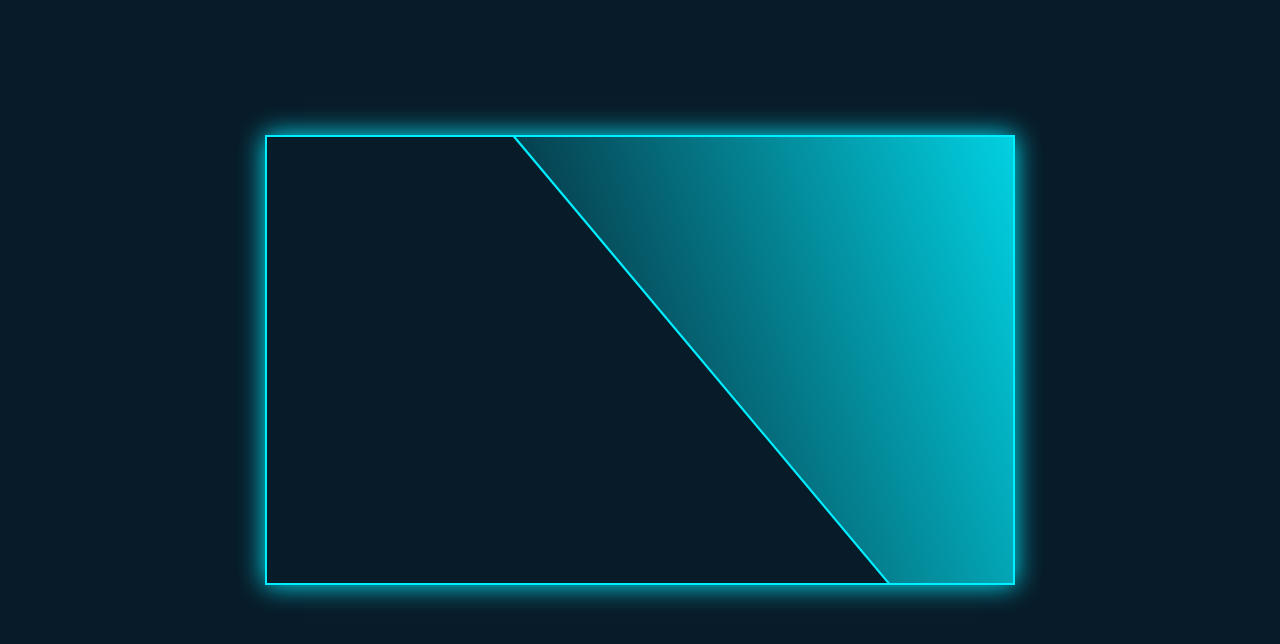
Repository: swastikjhacoder/Login-Registration-HTML
Page: index.html
An editor plug-in stored every save of this project. The page is shown before and after a run of saves, followed by the edit.
The browser window is 1280 px wide. The pictures show the whole page.

Above is the page before, as saved 2023-09-18 15:51:20.
Not found: js/toastify.js

### index.html
<!DOCTYPE html>
<html lang="en">
  <head>
    <meta charset="UTF-8" />
    <meta http-equiv="X-UA-Compatible" content="IE=edge" />
    <meta name="viewport" content="width=device-width, initial-scale=1.0" />
    <title>Login</title>
    <link rel="shortcut icon" href="./images/favicon.png" />
    <link rel="stylesheet" href="style.css" />
    <link href='https://unpkg.com/boxicons@2.1.4/css/boxicons.min.css' rel='stylesheet'>
    <script src="./js/toastify.js"></script>
  </head>
  <body>
    <div class="wrapper">
        <span class="bg-animate"></span>
        <div class="form-box login">
            <h2>Login</h2>
            <form action="#">
                <div class="input-box">
                    <input type="text" required/>
                    <label>Username</label>
                    <i class='bx bxs-user'></i>
                </div>
                <div class="input-box">
                    <input type="password" required/>
                    <label>Password</label>
                    <i class='bx bxs-lock-alt' ></i>
                </div>
                <button type="submit" class="btn">Login</button>
                <div class="logreg-link">
                    <p>Don't have an account? <a href="#" class="register-link">Sign Up</a></p>
                </div>
            </form>
        </div>
        <div class="info-text login">
            <h2>Welcome Back!</h2>
            <p>Lorem ipsum dolor sit amet consectetur adipisicing elit. Veritatis, itaque.</p>
        </div>
    </div>

  </body>
</html>

### style.css
@import url('https://fonts.googleapis.com/css2?family=Poppins:ital,wght@0,100;0,200;0,300;0,400;0,500;0,600;0,700;0,800;0,900;1,400&display=swap');

* {
    margin: 0;
    padding: 0;
    box-sizing: border-box;
    font-family: 'Poppins', sans-serif;
}

body {
    display: flex;
    justify-content: center;
    align-items: center;
    min-height: 100vh;
    background: #081b29;
}

.wrapper {
    position: relative;
    width: 750px;
    height: 450px;
    background: transparent;
    border: 2px solid #0ef;
    box-shadow: 0 0 25px #0ef;
    overflow: hidden;
}

.wrapper .form-box {
    position: absolute;
    top: 0;
    width: 50%;
    height: 100%;
    display: flex;
    flex-direction: column;
    justify-content: center;
}

.wrapper .form-box.login {
    left: 0;
    padding: 0 60px 0 40px;
    display: none;
}

.form-box h2 {
    font-size: 32px;
    color: #fff;
    text-align: center;
}

.form-box .input-box {
    position: relative;
    width: 100%;
    height: 50px;
    margin: 25px 0;
}

.input-box input {
    width: 100%;
    height: 100%;
    background: transparent;
    border: none;
    outline: none;
    border-bottom: 2px solid #fff;
    padding-right: 23px;
    font-size: 16px;
    color: #fff;
    font-weight: 500;
    transition: .5s;
}

.input-box input:focus,
.input-box input:valid {
    border-bottom-color: #0ef;
}

.input-box label {
    position: absolute;
    top: 50%;
    left: 0;
    transform: translateY(-50%);
    font-size: 16px;
    color: #fff;
    pointer-events: none;
    transition: .5s;
}

.input-box input:focus~label,
.input-box input:valid~label {
    top: -5px;
    color: #0ef
}

.input-box i {
    position: absolute;
    top: 50%;
    right: 0;
    transform: translateY(-50%);
    font-size: 18px;
    color: #fff;
    transition: .5s;
}

.input-box input:focus~i,
.input-box input:valid~i {
    color: #0ef
}

.btn {
    position: relative;
    width: 100%;
    height: 45px;
    background: transparent;
    border: 2px solid #0ef;
    outline: none;
    border-radius: 40px;
    cursor: pointer;
    font-size: 16px;
    color: #fff;
    font-weight: 600;
    z-index: 1;
    overflow: hidden;
}

.btn::before {
    content: '';
    position: absolute;
    top: -100%;
    left: 0;
    width: 100%;
    height: 300%;
    background: linear-gradient(#081b29, #0ef, #081b29, #0ef);
    z-index: -1;
    transition: .5s;
}

.btn:hover::before {
    top: 0;
}

.form-box .logreg-link {
    font-size: 14.5px;
    color: #fff;
    text-align: center;
    margin: 20px 0 10px;
}

.logreg-link p a {
    color: #0ef;
    text-decoration: none;
    font-weight: 600;
}

.logreg-link p a:hover {
    text-decoration: underline;
}

.wrapper .info-text {
    position: absolute;
    top: 0;
    width: 50%;
    height: 100%;
    display: flex;
    flex-direction: column;
    justify-content: center;
}

.wrapper .info-text.login {
    right: 0;
    text-align: right;
    padding: 0 40px 60px 150px;
    display: none;
}

.info-text h2 {
    font-size: 36px;
    color: #fff;
    line-height: 1.3;
    text-transform: uppercase;
}

.info-text p {
    font-size: 16px;
    color: #fff;
}

.wrapper .bg-animate {
    position: absolute;
    top: -4px;
    right: 0;
    width: 850px;
    height: 600px;
    background: linear-gradient(45deg, #081b29, #0ef);
    border-bottom: 3px solid #0ef;
    /* transform: rotate(10deg) skewY(40deg); */
    transform: rotate(10deg) skewY(40deg);
    transform-origin: bottom right;
}

After the next 2 saves:
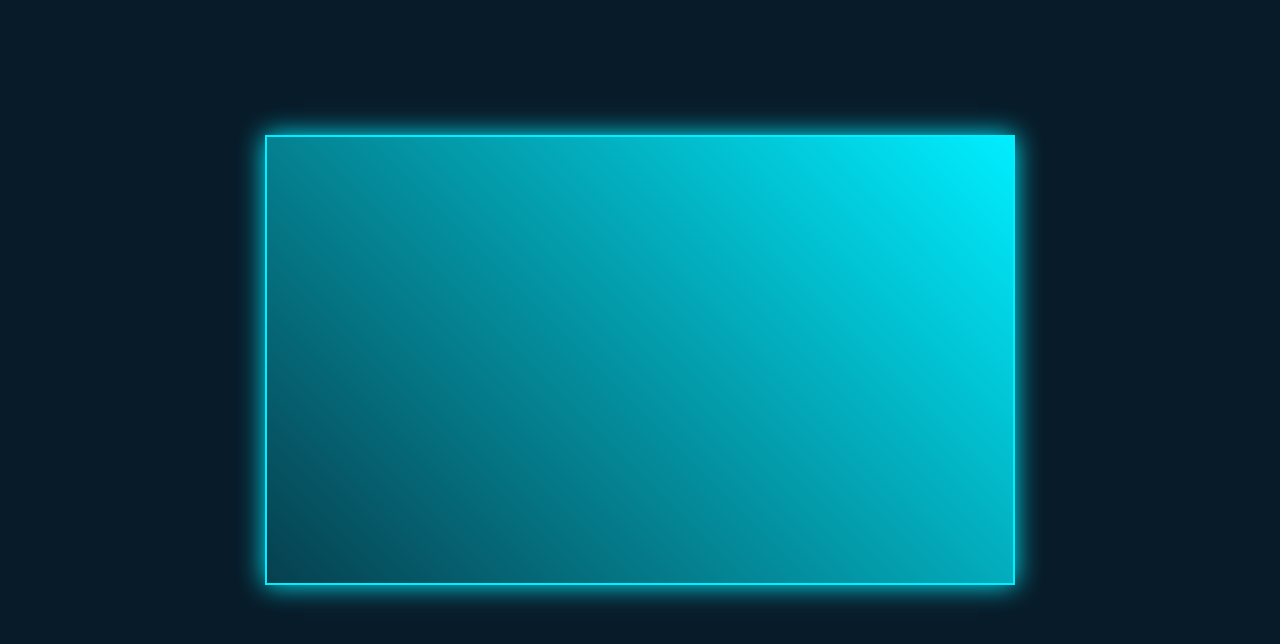
The 2 saves are shown as one change because they came seconds apart.
The last was saved 9 s later.
--- a/style.css
+++ b/style.css
@@ -192,6 +192,6 @@ body {
     background: linear-gradient(45deg, #081b29, #0ef);
     border-bottom: 3px solid #0ef;
     /* transform: rotate(10deg) skewY(40deg); */
-    transform: rotate(10deg) skewY(40deg);
+    transform: rotate(0) skewY(0);
     transform-origin: bottom right;
 }
